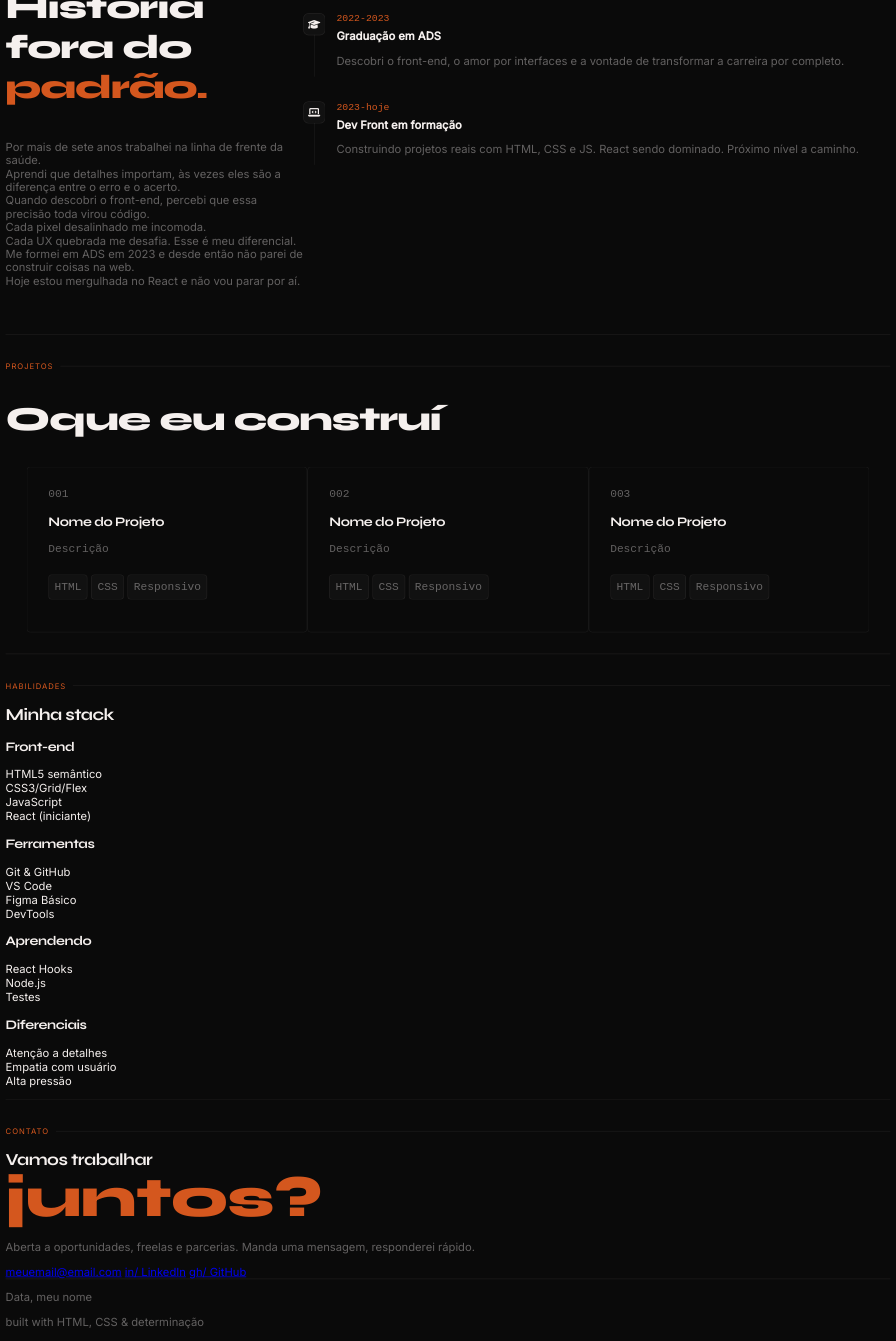
Repository: Bitroia/Portifolio
Page: index.html
The author's editor kept a copy of each file at every save. The page is drawn from the files as they stood at one save, then again after the next save.
The browser window is 1280 px wide. The pictures show the part of the page from y = 992 to 2912 px (the page is 2908 px tall before and 2912 px after), at 70% of full size.
Some web fonts or font styles are not loaded; a fallback is used.

Above is the page before, as saved 2026-04-29 23:21:20.

After the next save:
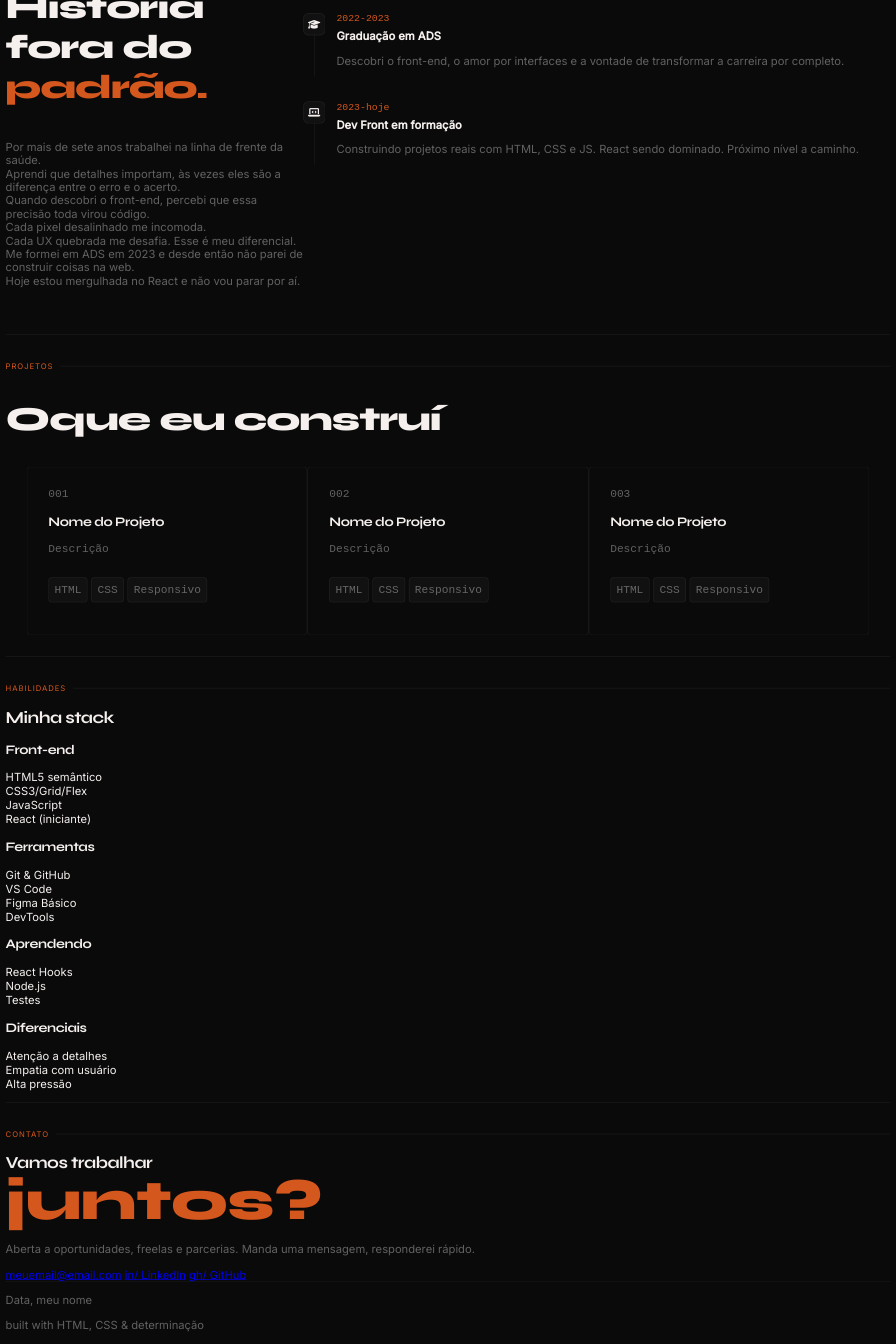
Saved 4 s later.
--- a/styles/style.css
+++ b/styles/style.css
@@ -433,7 +433,7 @@
   border-radius: 5px;
   padding: 8px;
   color: var(--second-text);
-  margin-top: 10px;
+  margin-top: 14px;
 }
 
 #skills-section {

After the 3 saves that followed:
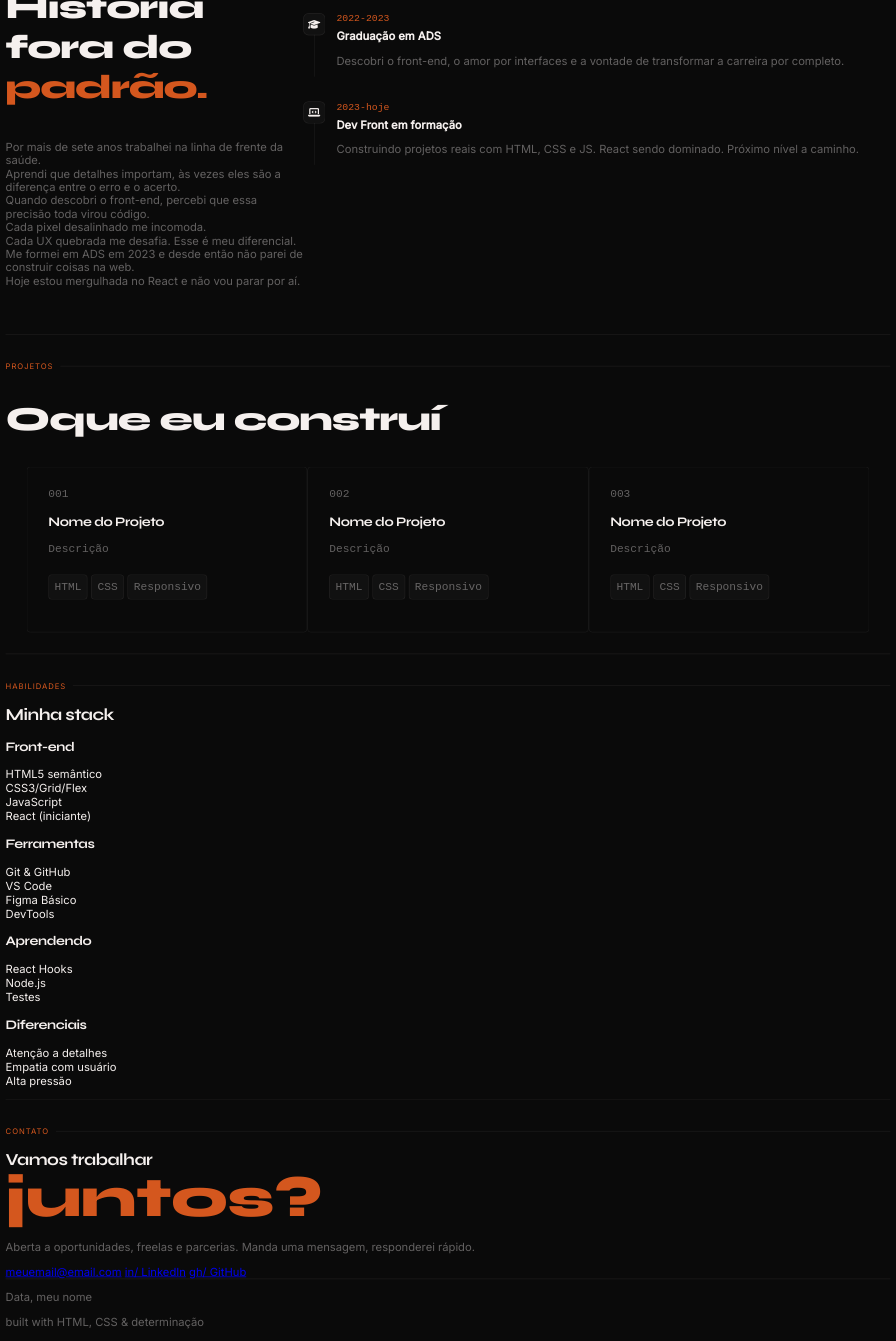
The 3 saves are shown as one change because they came seconds apart.
The last was saved 10 s later.
--- a/styles/style.css
+++ b/styles/style.css
@@ -433,7 +433,7 @@
   border-radius: 5px;
   padding: 8px;
   color: var(--second-text);
-  margin-top: 14px;
+  margin-top: 10px;
 }
 
 #skills-section {
